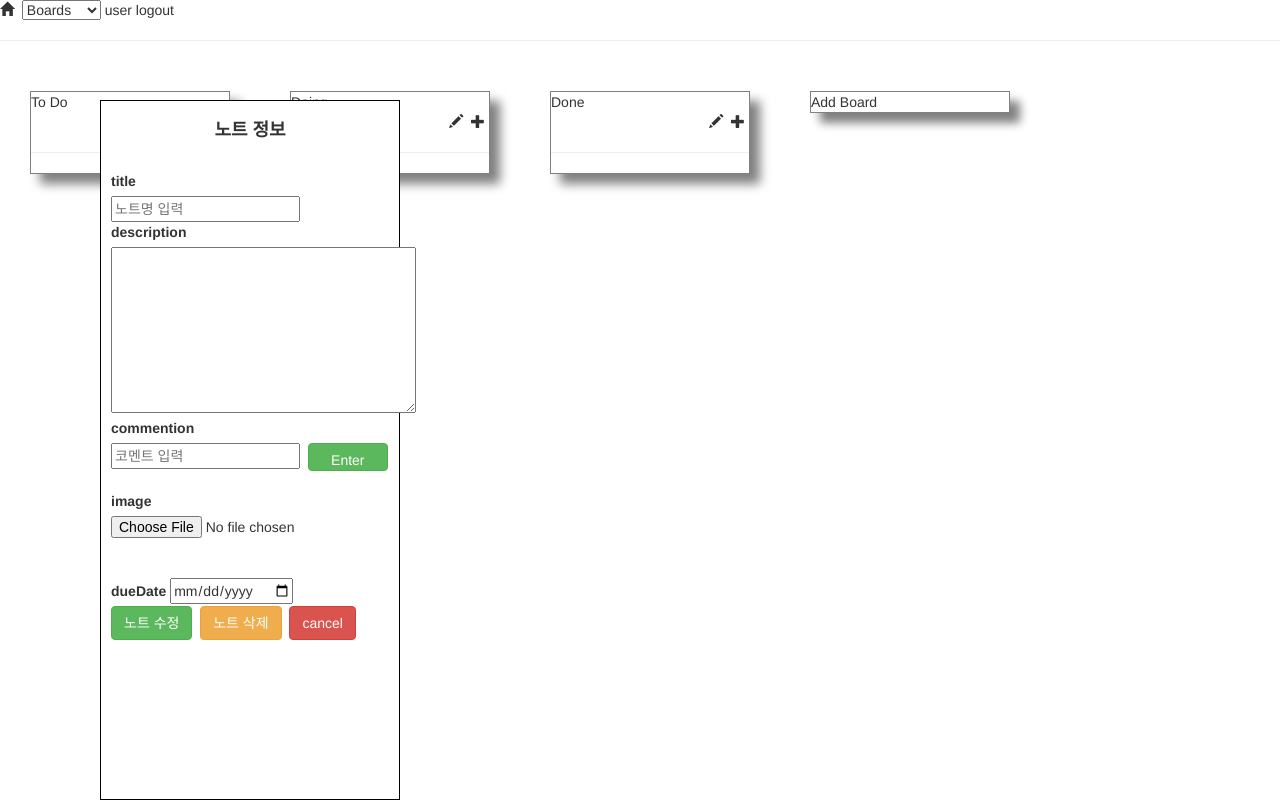
Repository: KIM-KYOUNG-OH/bitcamp-window
Page: Note/WebContent/front/note.html
An editor plug-in stored every save of this project. The page is shown before and after the next save, followed by the edit.
The browser window is 1280 px wide. The pictures show the whole page.

Above is the page before, as saved 2020-10-30 07:48:08.
Console error: SyntaxError: Unexpected token '}'

### Note/WebContent/front/note.html
<!DOCTYPE html>
<html>
<head>
<meta charset="UTF-8">
<title>Insert title here</title>
<!-- Latest compiled and minified CSS -->
<link rel="stylesheet" href="https://maxcdn.bootstrapcdn.com/bootstrap/3.4.1/css/bootstrap.min.css">

<!-- jQuery library -->
<script src="https://ajax.googleapis.com/ajax/libs/jquery/3.5.1/jquery.min.js"></script>

<!-- Latest compiled JavaScript -->
<script src="https://maxcdn.bootstrapcdn.com/bootstrap/3.4.1/js/bootstrap.min.js"></script>
<script src="https://code.jquery.com/jquery-3.5.0.js"></script>
<style type="text/css">
	div.boards{
		float: left;
		margin: 30px;
		border: 1px solid gray;
		box-shadow: 10px 10px 10px grey;
		width: 200px;
	}

	.board_title{
		display: none;
	}

	.icon{
		text-align: right;
	}

	.add_data:hover{
		cursor: pointer;
		font-weight: bold;
		color: green;
	}

	#dialog-form>form{
		position: absolute;
		left: 100px;
		top: 100px;
		width: 300px;
		height: 700px;
		border: 1px solid black;
		background-color: white;
		z-index: 10;
		padding: 10px;
	}

	#update-form>form{
		position: absolute;
		left: 100px;
		top: 100px;
		width: 300px;
		height: 700px;
		border: 1px solid black;
		background-color: white;
		z-index: 10;
		padding: 10px;
	}

	div.lst:hover{
		background-color: rgb(211,211,211);
		cursor: pointer;

	}

	div.lst{
		margin: 5px;
	}

	img.imgs{
		width: 188px;
	}

</style>
</head>
<script type="text/javascript">
$(function(){
	$("#dialog-form").hide();
	$('#update-form').hide();
	showDatas();

	$("#create_data").click(function(){
		$("#dialog-form").show();
	});

	// 노트 추가
	$("#btnadd").click(function(){
		var title = $("#title").val();
		var description = $("#description").val();
		var imageValue = $("#image").val().split("\\");
		var image = imageValue[imageValue.length-1];
		var dueDate = $("#dueDate").val();
		$.ajax({
			type:'get',
			url:'./insertdata.jsp',
			datatype:'html',
			data:{"title":title,"description":description,
				"image":image,"dueDate":dueDate},
			success:function(data){
				showDatas();
			}
		});
	});

	// insert폼창 닫기
	$("#btncancel").click(function(){
		$("#title").val('');
		$("#description").val('');
		$("#comment").val('');
		$("#image").val('');
		$("#dueDate").val('');
		$("#dialog-form").hide();
	});

	// 데이터 클릭시 form창 열기
	$(document).one('click', 'div.lst', function(data) {
		$('#update-form').show();
		var num = $(this).attr("num");
		showFormData(num);
	})

	// update폼창 닫기
	$('#up_btncancel').click(function(){
		$("#up_title").val('');
		$("#up_description").val('');
		$("#up_comment").val('');
		$("#up_image").val('');
		$("#up_dueDate").val('');
		$('#update-form').hide();
	});

	// update
	$("#btnupdate").click(function(){
		var num = $("#up_title").attr('num');
		var title = $("#up_title").val();
		var description = $("#up_description").val();
		var commention = $("#up_comment").val();
		var imageValue = $("#up_image").val().split("\\");
		var image = imageValue[imageValue.length-1];
		var dueDate = $("#up_dueDate").val();
		updateData(num,title,description,commention,image,dueDate);
	});

	$("#image").change(function(){
		console.log("1:"+$(this)[0].files.length);
		console.log("2:"+$(this)[0].files[0]);

		if($(this)[0].files[0]){
			var reader = new FileReader();
			reader.onload=function(e){
				$("#showimg").attr("src",e.target.result);
			}
			reader.readAsDataURL($(this)[0].files[0]);
		}
	});

	$("#up_image").change(function(){
		console.log("1:"+$(this)[0].files.length);
		console.log("2:"+$(this)[0].files[0]);

		if($(this)[0].files[0]){
			var reader = new FileReader();
			reader.onload=function(e){
				$("#up_showimg").attr("src",e.target.result);
			}
			reader.readAsDataURL($(this)[0].files[0]);
		}
	});

	$('#chat').keydown(function(key){
		if (key.keyCode == 13){
			var a = localStorage['email'].val().split('@');
			var name = a[0];
			var s = name + ">><br>" +$("#up_input_comment").val()+"<br>";
			$("#up_input_comment").val('');
			$("#up_comment").
		}
	});
});

function updateData(num,title,description,commention,image,dueDate){
	$.ajax({
		type: 'get',
		url: './updatedata.jsp',
		dataType: 'html',
		data:{"num":num,"title":title,"description":description,"commention":commention,
			"image":image,"dueDate":dueDate},
		success:function(data){
			showDatas();
		}
	});
}

function showFormData(num){
	$.ajax({
		type: 'post',
		url: "./getdata.jsp",
		dataType:'json',
		data:{"num":num},
		success:function(data){
			$("#up_title").attr('num',data.num);
			$("#up_title").val(data.title);
			$("#up_description").val(data.description);
			var s = data.commention;
			$("#up_comment").html(s);
			//$("#up_image").val(data.image);
			$("#up_dueDate").val(data.dueDate);

		}
	});
}

function showDatas(){
	$.ajax({
		type: 'post',
		url: "./showdatas.jsp",
		dataType:'json',
		success:function(data){
			var s = '';
			$(data).each(function(i, elt) {
				s += "<div class='lst' num='"+elt.num+"'>";
				s += "<b>"+(i+1)+". <span id='key'>"+elt.title+ "</span></b><br>";
				if(elt.description){
					s += "<span class='glyphicon glyphicon-align-left'></span><br>";
				}
				if(elt.image){
					s += "<img class='imgs' src='../image/"+elt.image+"'>";
				}
				s += "</div><hr>";
			});

			$("#datas").html(s);
		}
	});
}

</script>
<body>
<div id="dialog-form">
  <form>
	<fieldset>
	<h4 style='text-align: center;'><b>노트 추가</b></h4><br>
		<label>title</label><br>
		<input type="text" id="title" placeholder="노트명 입력"><br>
		<label>description</label><br>
		<textarea id="description" rows='8' cols='35'></textarea><br>
		<label>image</label>
		<input type="file" accept="image/*" id="image"><br>
		<img id = "showimg" style="width:140px;"><br>
		<label>dueDate</label>
		<input type="date" id="dueDate"><br>
		<button id="btnadd" type="submit" class="btn btn-success">노트 추가</button>&nbsp;
		<button id="btncancel" type='button' class="btn btn-danger">cancel</button>
	</fieldset>
  </form>
</div>

<div id="update-form">
  <form>
	<fieldset>
	<h4 style='text-align: center;'><b>노트 정보</b></h4><br>
		<label>title</label><br>
		<input type="text" id="up_title" placeholder="노트명 입력"><br>
		<label>description</label><br>
		<textarea id="up_description" rows='8' cols='35'></textarea><br>
		<label>commention</label><br>
		<input type="text" id="up_input_comment" placeholder="코멘트 입력">
		&nbsp;<button type="button" id='chat' class="btn btn-success" style="height: 28px; width: 80px; ">Enter</button><br>
		<div id="up_comment"></div><br>
		<label>image</label>
		<input type="file" accept="image/*" id="up_image"><br>
		<img id = "up_showimg" style="width:140px;"><br>
		<label>dueDate</label>
		<input type="date" id="up_dueDate"><br>
		<button id="btnupdate" type="submit" class="btn btn-success">노트 수정</button>&nbsp;
		<button id="btndelete" type="button" class="btn btn-warning">노트 삭제</button>&nbsp;
		<button id="up_btncancel" type='button' class="btn btn-danger">cancel</button>
	</fieldset>
  </form>
</div>

<div id='head'></div>
	<span class="glyphicon glyphicon-home"></span>&nbsp;
	<select>
		<option>Boards</option>
		<option>Calendar</option>
	</select>
	<span id='user'>user</span>
	<span>logout</span>
	<hr>
<div id='body'></div>
	<div class='boards'><input type="text" class='board_title'><span>To Do</span><br>
	<div class='icon'>
		<span class="glyphicon glyphicon-pencil"></span>&nbsp;
		<span class="add_data glyphicon glyphicon-plus" id='create_data'></span>&nbsp;
	</div><hr>
	<div id='datas' class='daaas'></div>
	</div>












	<div class='boards'><input type="text" class='board_title'><span>Doing</span><br>
	<div class='icon'>
		<span class="glyphicon glyphicon-pencil"></span>&nbsp;
		<span class="glyphicon glyphicon-plus"></span>&nbsp;
	</div>
	<hr></div>
	<div class='boards'><input type="text" class='board_title'><span>Done</span><br>
	<div class='icon'>
		<span class="glyphicon glyphicon-pencil"></span>&nbsp;
		<span class="glyphicon glyphicon-plus"></span>&nbsp;
	</div><hr>
	<div></div>
</div>
<div class='boards'>Add Board</div>

</body>
</html>

After the next save:
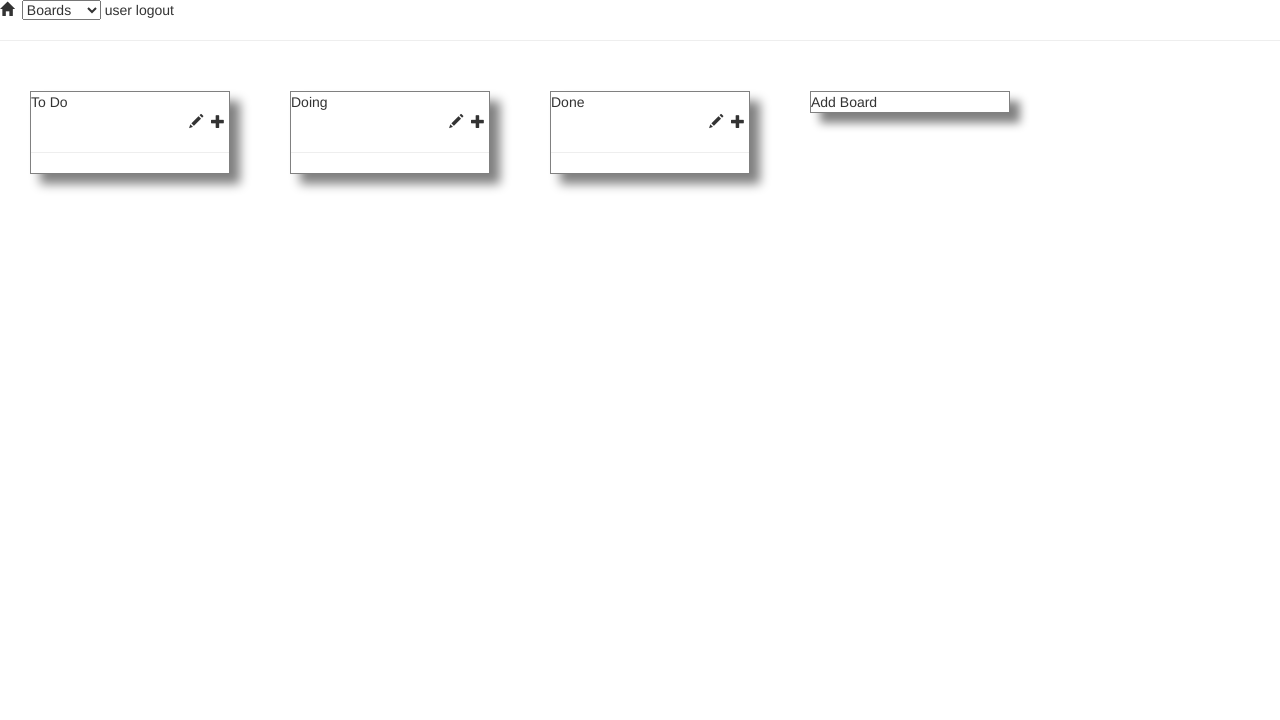
The error is gone.
Saved 2 min 3 s later.
--- a/Note/WebContent/front/note.html
+++ b/Note/WebContent/front/note.html
@@ -175,7 +175,7 @@ $(function(){
 			var name = a[0];
 			var s = name + ">><br>" +$("#up_input_comment").val()+"<br>";
 			$("#up_input_comment").val('');
-			$("#up_comment").
+			$("#up_comment").html(s)
 		}
 	});
 });
